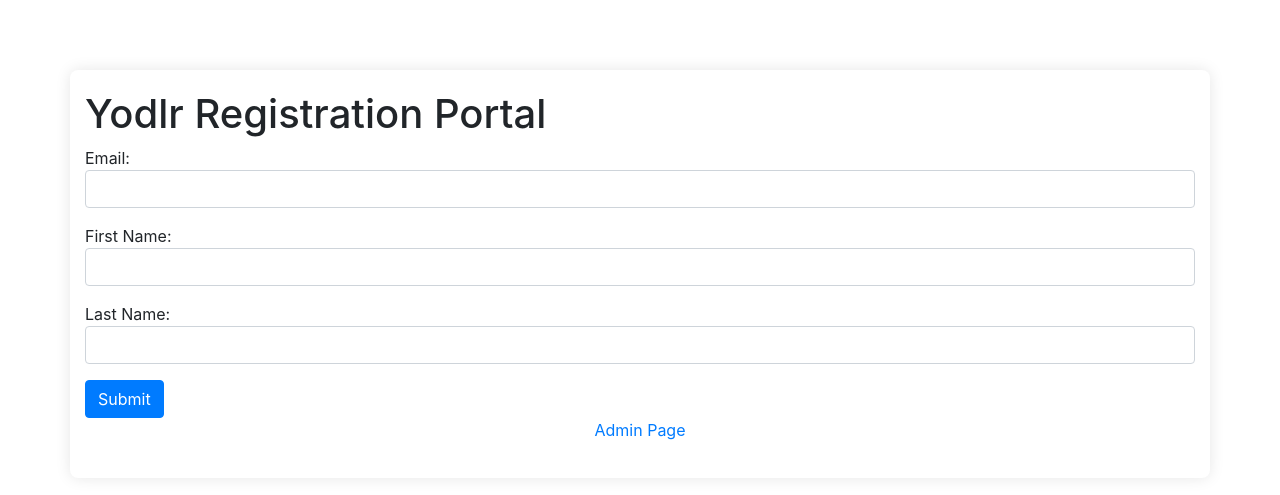
Repository: rmdayberry/yodlr-take-home
Page: public/signup.html
These files come from the project's save history. The page is drawn as it stood at one moment and after the next save; the edit follows.
The browser window is 1280 px wide. The pictures show the whole page.

Above is the page before, as saved 2024-10-09 08:52:53.

After the next save:
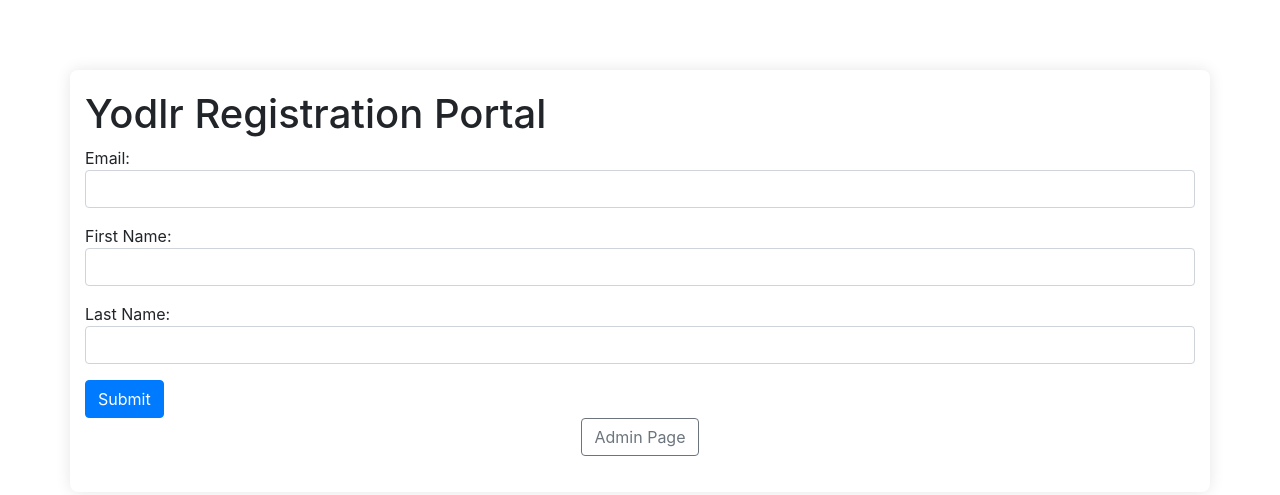
Saved 22 s later.
--- a/public/signup.html
+++ b/public/signup.html
@@ -61,7 +61,7 @@
       </form>
       <div class="text-center">
         <p>
-          <a href="/admin.html">Admin Page</a>
+          <a href="/admin.html" class="btn btn-outline-secondary">Admin Page</a>
         </p>
       </div>
     </div>
